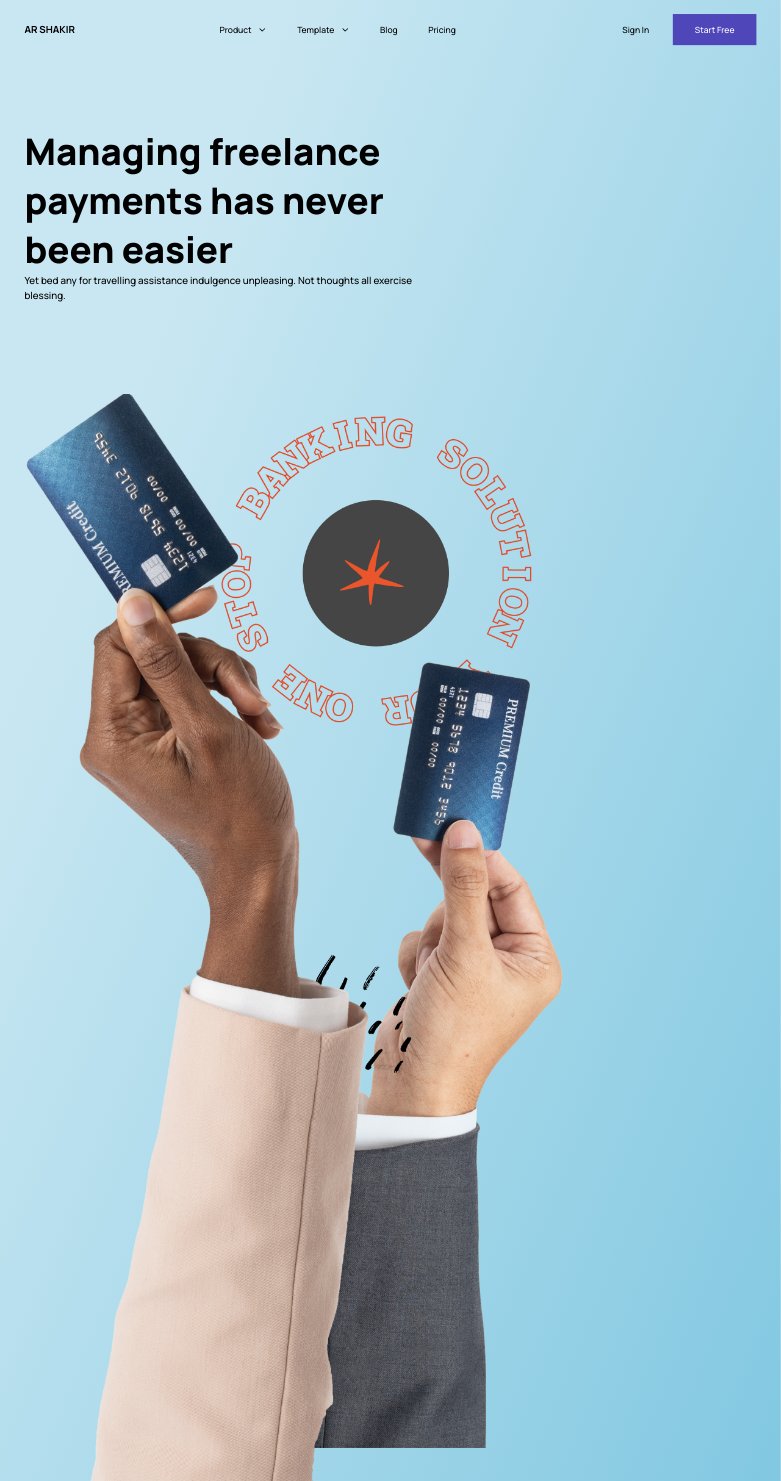
Repository: duongdori/ARShakir
Page: index.html
These files come from the project's save history. The page is drawn as it stood at one moment and after the next save; the edit follows.
The browser window is 1280 px wide. The pictures show the whole page, at 61% of full size.

Above is the page before, as saved 2022-04-01 23:09:13.

After the next save:
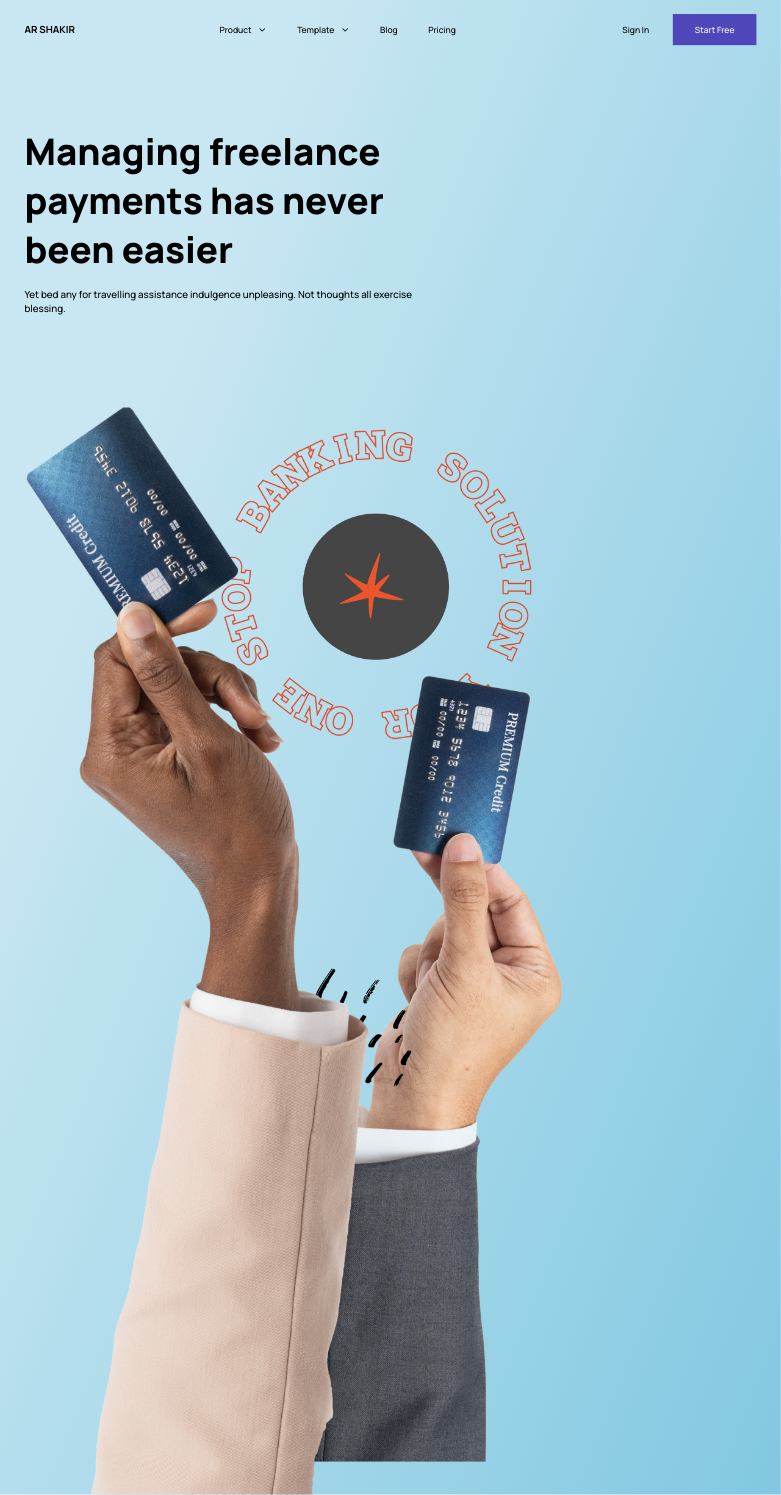
Saved 48 s later.
--- a/assets/css/main.css
+++ b/assets/css/main.css
@@ -135,3 +135,7 @@ body {
     line-height: calc(80 / 60);
     color: var(--primary-text-color);
 }
+
+.header-content-desc {
+    margin-top: 22px;
+}
